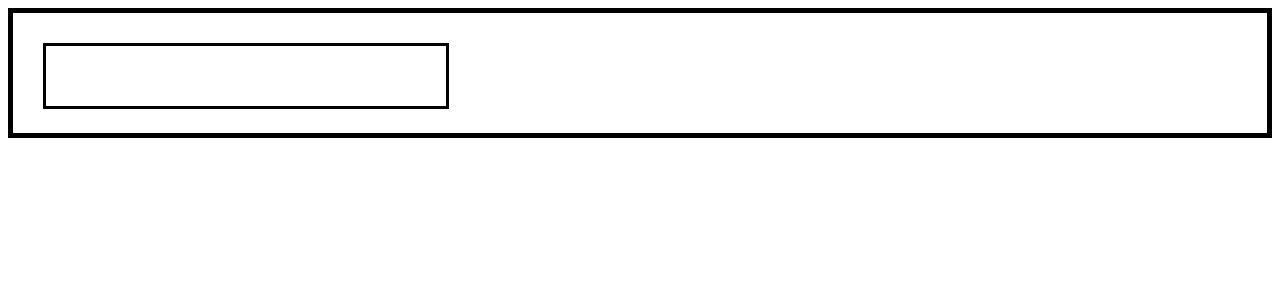
Repository: cartervandekamp/htmlstructure.mdia2003
Page: htmlstructure-psd/index.html
The author's editor kept a copy of each file at every save. The page is drawn from the files as they stood at one save, then again after the next save.
The browser window is 1280 px wide. The pictures show the whole page.

Above is the page before, as saved 2023-01-16 17:57:21.

After the next save:
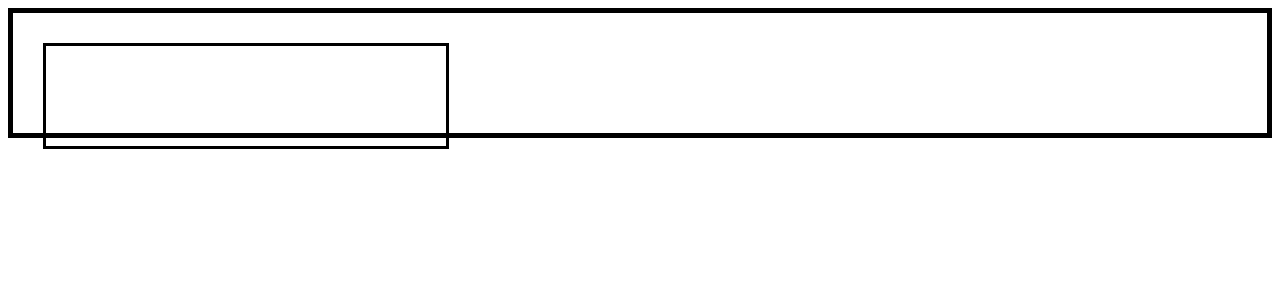
Saved 7 s later.
--- a/htmlstructure-psd/style.css
+++ b/htmlstructure-psd/style.css
@@ -11,7 +11,7 @@ body {
 }
 
 .topleft {
-    height: 60px;
+    height: 100px;
     width: 400px;
     margin: 30px;
     border-style: solid;
